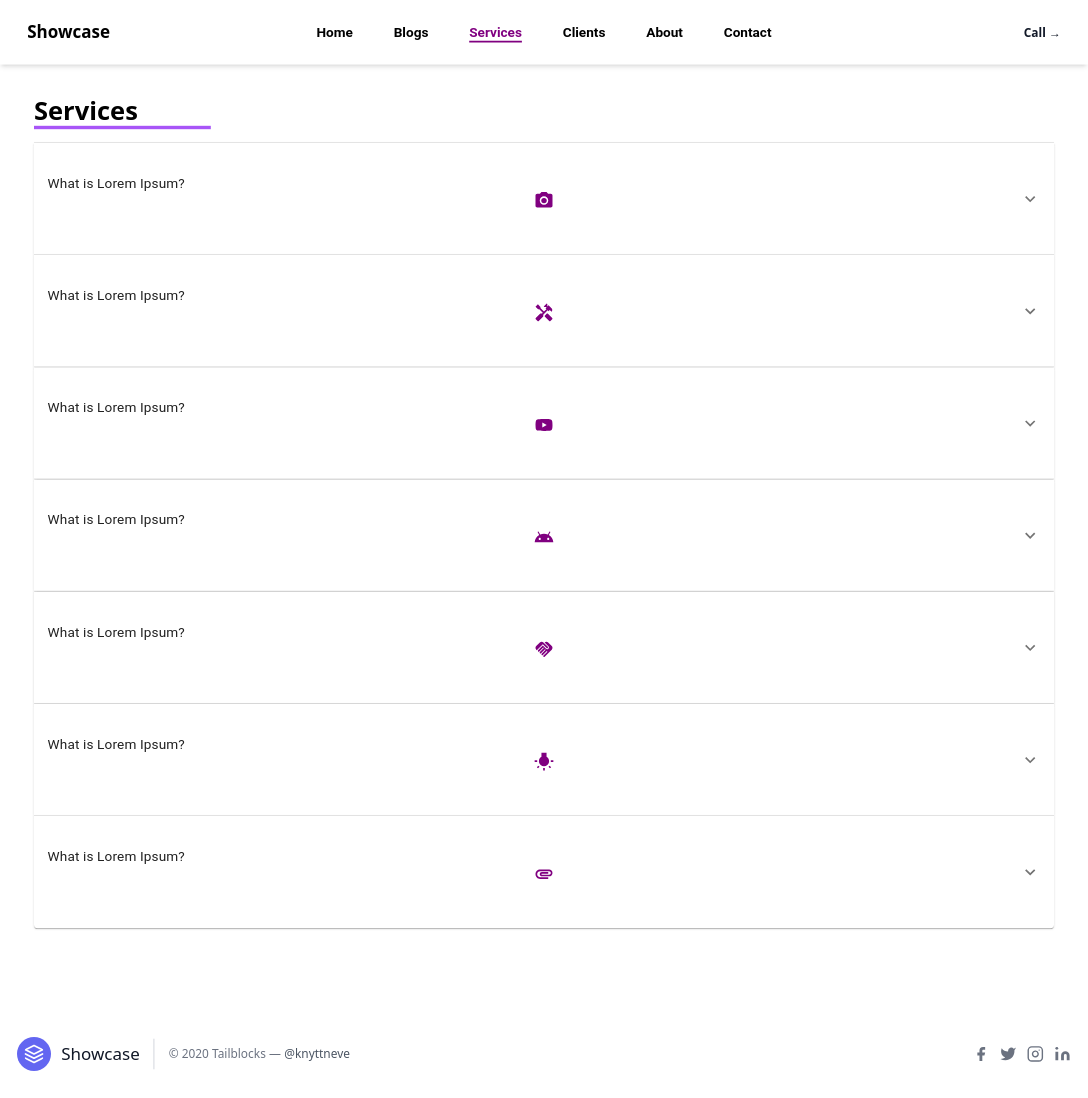
Repository: prashant523580/showcase
Page: /services
These files come from the project's save history. The page is drawn as it stood at one moment and after the next save; the edit follows.
The browser window is 1280 px wide. The pictures show the whole page, at 85% of full size.
The project was rebuilt for these pictures with package versions that can differ from the ones it lists, and the page was loaded fresh each time. The framework's server and built-in components were replaced by stand-ins that run in the browser. Also part of the build but not shown: next.config.js.

Above is the page before, as saved 2023-03-25 18:34:17.

After the next save:
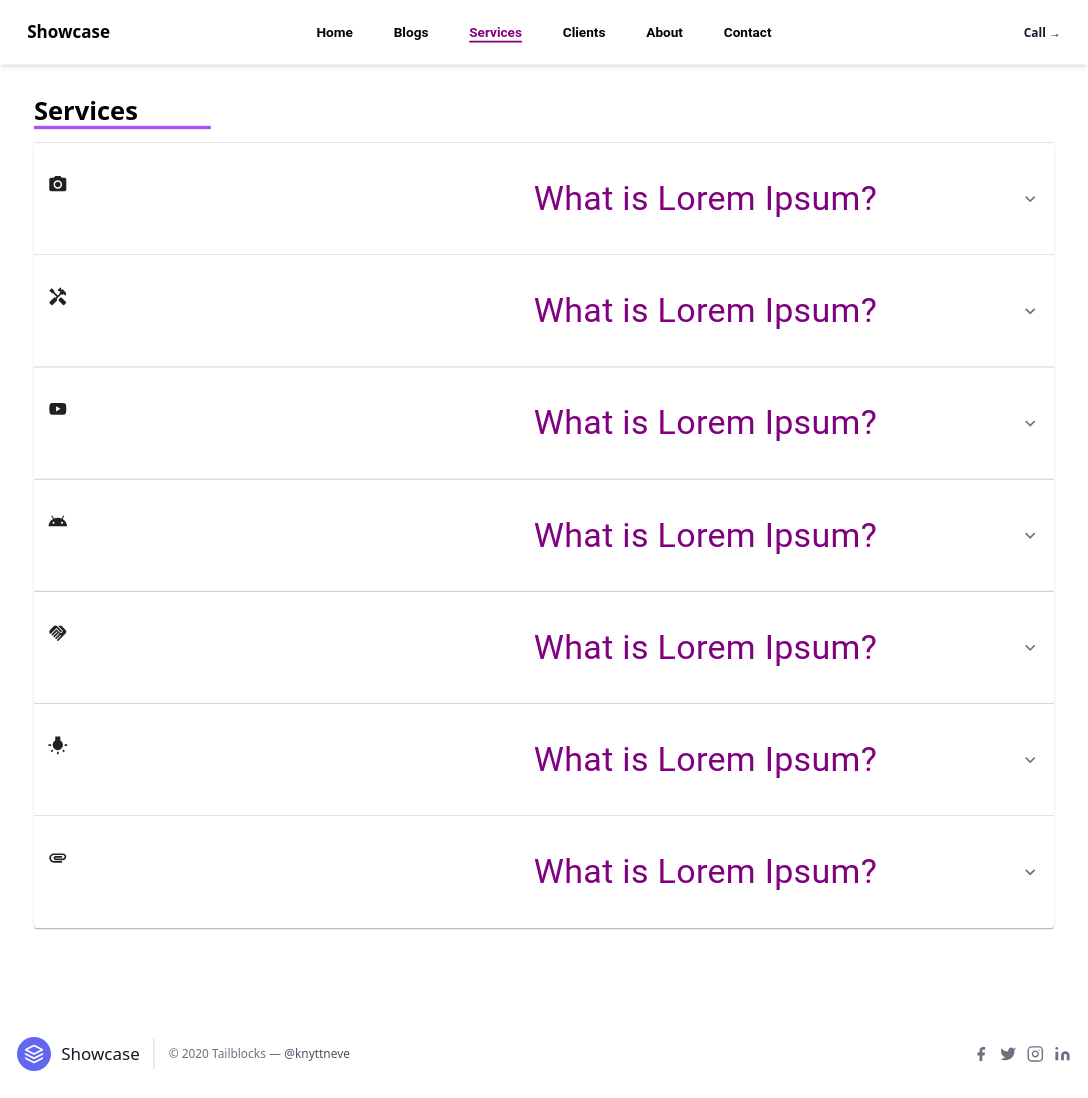
Saved 28 s later.
--- a/src/pages/services.tsx
+++ b/src/pages/services.tsx
@@ -88,9 +88,9 @@ export default function Sercices() {
                                 }}
                             >
                                 <Typography sx={{ width: '50%', flexShrink: 0 }}>
-                                    {service.label}
+                                    {service.icon}
                                 </Typography>
-                                <Typography sx={{ color: 'purple', fontSize: 40 }}>{service.icon}</Typography>
+                                <Typography sx={{ color: 'purple', fontSize: 40 }}>{service.label}</Typography>
                             </AccordionSummary>
                             <AccordionDetails>
                                 <Typography>
